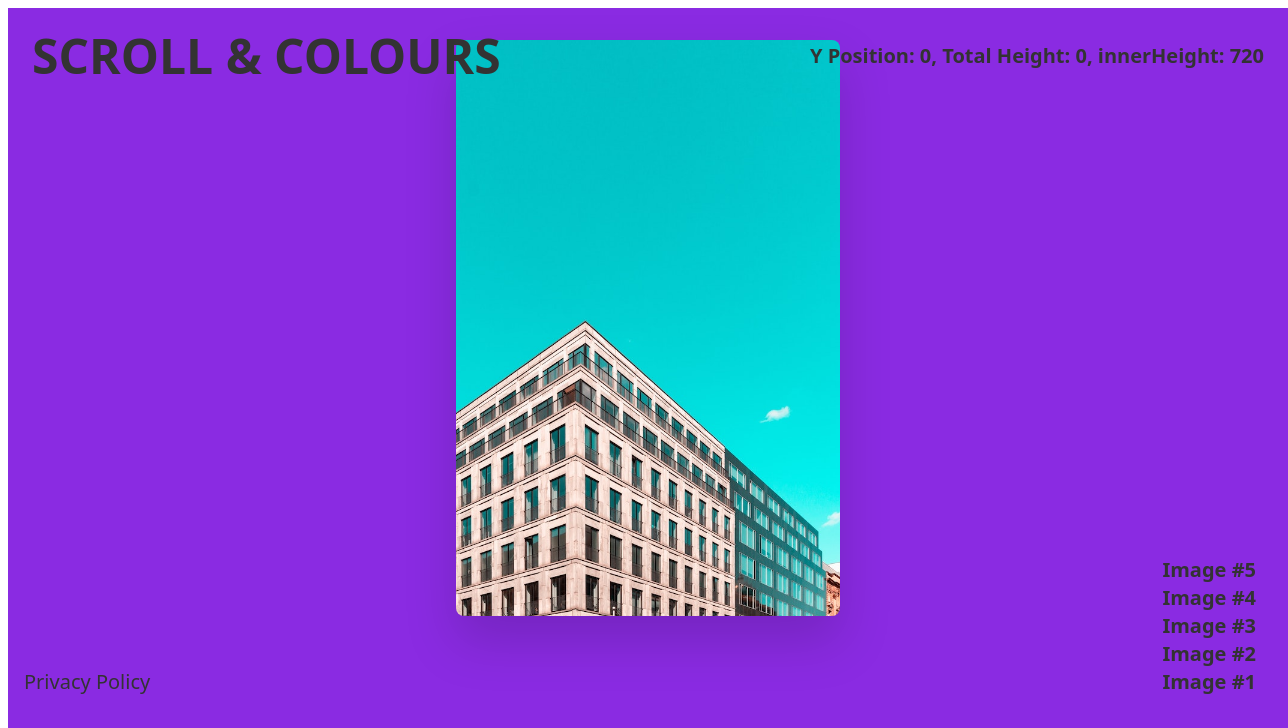
Repository: chelle-c/smooth-scroll-colours
Page: /
An editor plug-in stored every save of this project. The page is shown before and after the next save, followed by the edit.
The browser window is 1280 px wide. The page is 1288 px wide, so the pictures cover 1288 px, including what lies to the right of the window. The pictures show the whole page.
An inner scrolling area shows only its first screen. The project was rebuilt for these pictures with package versions that can differ from the ones it lists, and the page was loaded fresh each time. Imported but missing from the stored project, and not drawn on this page: images.

Above is the page before, as saved 2022-09-27 20:38:00.

### src/App.svelte
<script>
	import '/images/';
	import { fade } from 'svelte/transition';

	let sections = [
		{ id: 1, image: 'red', alt: '', colour: '#00c1b5' },
		{ id: 2, image: 'blue', alt: '', colour: '#ff651a' },
		{ id: 3, image: 'yellow', alt: '', colour: '#ffbe00' },
		{ id: 4, image: 'orange', alt: '', colour: '#1d3fbb' },
		{ id: 5, image: 'turquoise', alt: '', colour: '#e30512' },
	];

	let box;
	let yTop = 0;
	let yHeight = 0;
	let innerHeight;

	function parseScroll() {
		yTop = box.scrollTop;
		yHeight = box.scrollHeight;
		setColour();
	}

	const colours = sections.map(section => section.colour);
	let backgroundColour = '#00c1b5';

	let setColour = () => {
		let colour;
		for (let index = 0; index < sections.length; index++) {
			yScroll <= innerHeight * index
				? (colour = colours[index])
				: 'blueviolet';
		}
		backgroundColour = colour;
	};
</script>

<svelte:window bind:innerHeight />

<main
	class="min-w-full min-h-screen flex flex-col scrollsnap-container scroll-smooth"
	bind:this={box}
	on:scroll={parseScroll}
	on:mousemove={parseScroll}
>
	<div
		class="min-w-full p-6 flex flex-row justify-between items-center z-10 absolute"
	>
		<div>
			<h1 class="font-sans font-bold text-5xl uppercase">
				Scroll & Colours
			</h1>
		</div>
		<div class="font-sans font-bold text-xl">
			Y Position: {yTop}, Total Height: {yHeight}, innerHeight: {innerHeight}
		</div>
	</div>

	{#each [...sections].reverse() as { id, image, alt, colour }}
		<section
			id="section{id}"
			class="flex flex-col justify-center items-center min-w-full min-h-screen justify-center items-center transition-colors snap-always snap-center"
		>
			<div
				id="background"
				class="min-w-full min-h-screen z-0 absolute"
				style="background: blueviolet"
			/>
			<div in:fade class="drop-shadow-2xl">
				<img
					class="w-96 rounded-lg"
					src="/images/image-{image}.jpg"
					{alt}
				/>
			</div>
			<h3 class="font-sans font-bold text-2xl p-6">Image #{id}</h3>
		</section>
	{/each}

	<div
		class="min-w-full p-6 flex flex-row justify-between items-end z-100 absolute bottom-0 left-0 pointer-events-none"
	>
		<div class="font-sans text-xl pointer-events-auto">Privacy Policy</div>
		<div class="font-sans font-semibold text-xl pointer-events-auto">
			<ul>
				<li><a href="#section5">Image #5</a></li>
				<li><a href="#section4">Image #4</a></li>
				<li><a href="#section3">Image #3</a></li>
				<li><a href="#section2">Image #2</a></li>
				<li><a href="#section1">Image #1</a></li>
			</ul>
		</div>
	</div>
</main>

<style global lang="postcss">
	@tailwind base;
	@tailwind components;
	@tailwind utilities;

	:global(body) {
		margin: 0;
		padding: 0;
	}

	a,
	a:visited {
		color: inherit;
	}

	section {
		display: flex;
		justify-content: center;
		align-items: center;
		width: 100vw;
		height: 100vh;
		scroll-snap-align: start;
		position: relative;
		background: inherit;
		transition: background-color 1s linear;
	}

	.scrollsnap-container {
		display: flex;
		flex-direction: column;
		width: 100vw;
		height: 100%;
		margin: 0;
		padding: 0;
		overflow-x: hidden;
		overflow-y: scroll;
		scroll-snap-type: y mandatory;
		scroll-snap-type: mandatory; /* for older browsers */
		scroll-snap-points-y: repeat(100vh); /* for older browsers */
		scrollbar-width: none;
		background: transparent;
	}
</style>

### tailwind.config.js
/** @type {import('tailwindcss').Config} */
const production = process.env.NODE_ENV !== 'development'
module.exports = {
	future: {
		purgeLayersByDefault: true,
		removeDeprecatedGapUtilities: true,
	},
	purge: {
		content: ['./src/**/*.svelte'],
		enabled: production, // disable purge in dev
	},
	content: [],
	theme: {
		extend: {},
	},
	plugins: [],
};

### public/global.css
html, body {
	position: relative;
	width: 100%;
	height: 100%;
}

body {
	color: #333;
	margin: 0;
	padding: 8px;
	box-sizing: border-box;
	font-family: -apple-system, BlinkMacSystemFont, "Segoe UI", Roboto, Oxygen-Sans, Ubuntu, Cantarell, "Helvetica Neue", sans-serif;
}

a {
	color: rgb(0,100,200);
	text-decoration: none;
}

a:hover {
	text-decoration: underline;
}

a:visited {
	color: rgb(0,80,160);
}

label {
	display: block;
}

input, button, select, textarea {
	font-family: inherit;
	font-size: inherit;
	-webkit-padding: 0.4em 0;
	padding: 0.4em;
	margin: 0 0 0.5em 0;
	box-sizing: border-box;
	border: 1px solid #ccc;
	border-radius: 2px;
}

input:disabled {
	color: #ccc;
}

button {
	color: #333;
	background-color: #f4f4f4;
	outline: none;
}

button:disabled {
	color: #999;
}

button:not(:disabled):active {
	background-color: #ddd;
}

button:focus {
	border-color: #666;
}

Loaded but not shown: public/index.html (common file); src/main.js (common file)

After the next save:
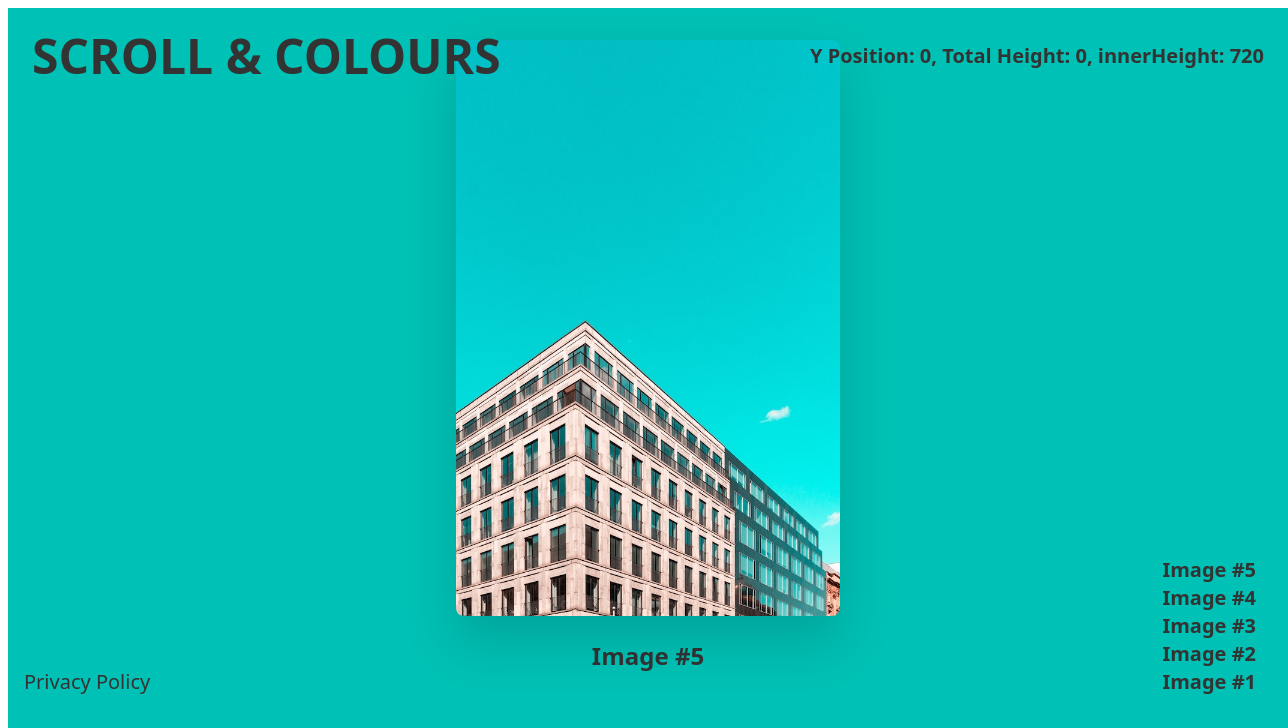
Saved 88 s later.
--- a/src/App.svelte
+++ b/src/App.svelte
@@ -37,6 +37,12 @@
 
 <svelte:window bind:innerHeight />
 
+<div
+	id="background"
+	class="min-w-full min-h-screen z-0 absolute"
+	style="background: {backgroundColour}"
+/>
+
 <main
 	class="min-w-full min-h-screen flex flex-col scrollsnap-container scroll-smooth"
 	bind:this={box}
@@ -61,11 +67,6 @@
 			id="section{id}"
 			class="flex flex-col justify-center items-center min-w-full min-h-screen justify-center items-center transition-colors snap-always snap-center"
 		>
-			<div
-				id="background"
-				class="min-w-full min-h-screen z-0 absolute"
-				style="background: blueviolet"
-			/>
 			<div in:fade class="drop-shadow-2xl">
 				<img
 					class="w-96 rounded-lg"
